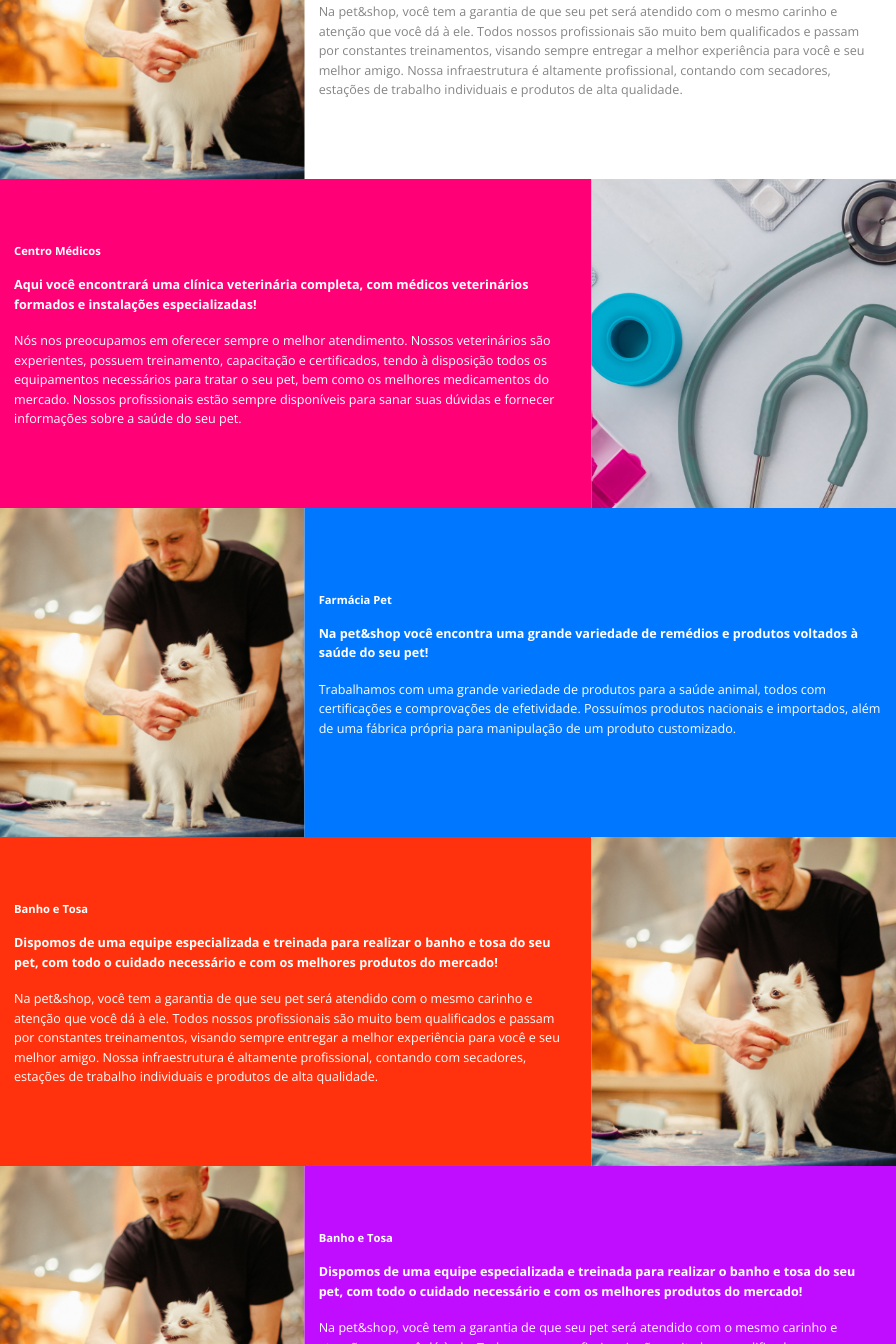
Repository: EzequielKaiber/pet-e-shop
Page: servicos.html
The author's editor kept a copy of each file at every save. The page is drawn from the files as they stood at one save, then again after the next save.
The browser window is 1280 px wide. The pictures show the part of the page from y = 314 to 2234 px (the page is 3884 px tall), at 70% of full size.

Above is the page before, as saved 2022-04-26 14:02:23.

After the next save:
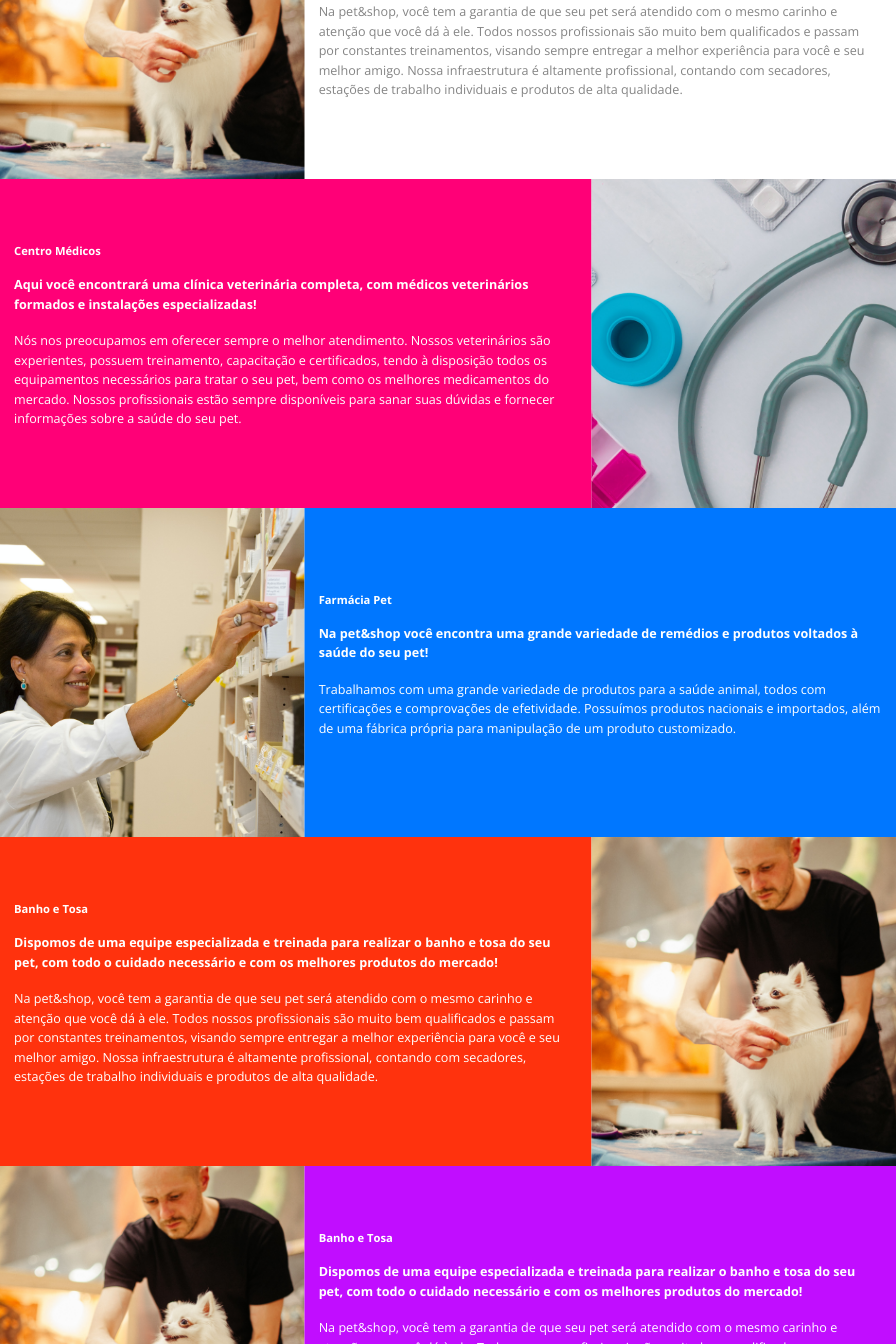
Saved 2 min 1 s later.
--- a/servicos.html
+++ b/servicos.html
@@ -71,7 +71,7 @@
         </div>
         <div class="list-item">
             <div class="left">
-                <div class="image" style="background-image: url(img/Serviços/bath-and-groom.jpg);"></div>
+                <div class="image" style="background-image: url(img/Serviços/drugstore.jpg);"></div>
             </div>
             <div class="right azul white">
                 <h2>Farmácia Pet</h2>
